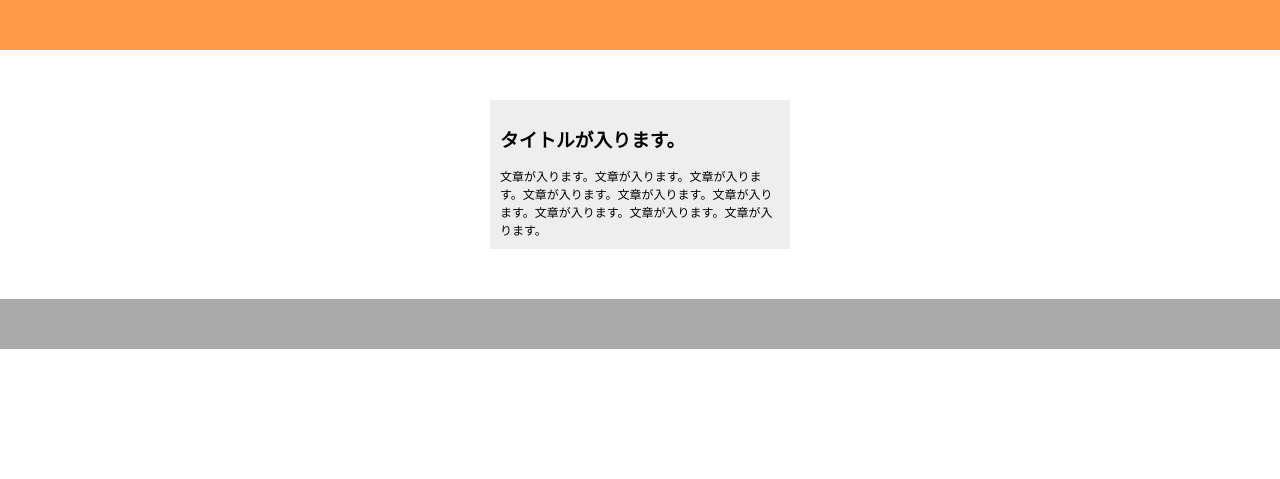
Repository: tkikokiko/webcamp-practice
Page: 1-9/index1-9-2.html
The author's editor kept a record of every edit. The page is drawn from the files as they stood at one moment, then again after the next edit.
The browser window is 1280 px wide. The pictures show the whole page.

Above is the page before.

After the next edit:
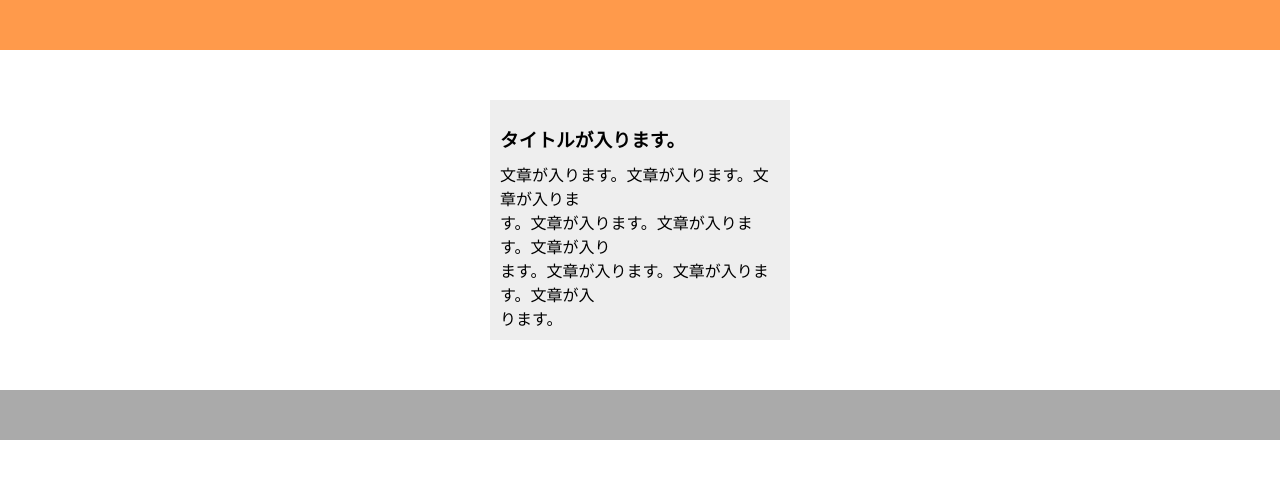
The edit:
--- a/1-9/style1-9-2.css
+++ b/1-9/style1-9-2.css
@@ -70,11 +70,11 @@
   /*padding-top: 15px;*/
 }
 
-.main-text {
-  display: inline-block;
-  margin-top: 5px;
-  font-size: 12px;
-}
+/*.main-text {*/
+/*  display: inline-block;*/
+/*  margin-top: 5px;*/
+/*  font-size: 12px;*/
+/*}*/
 
 
 footer {
